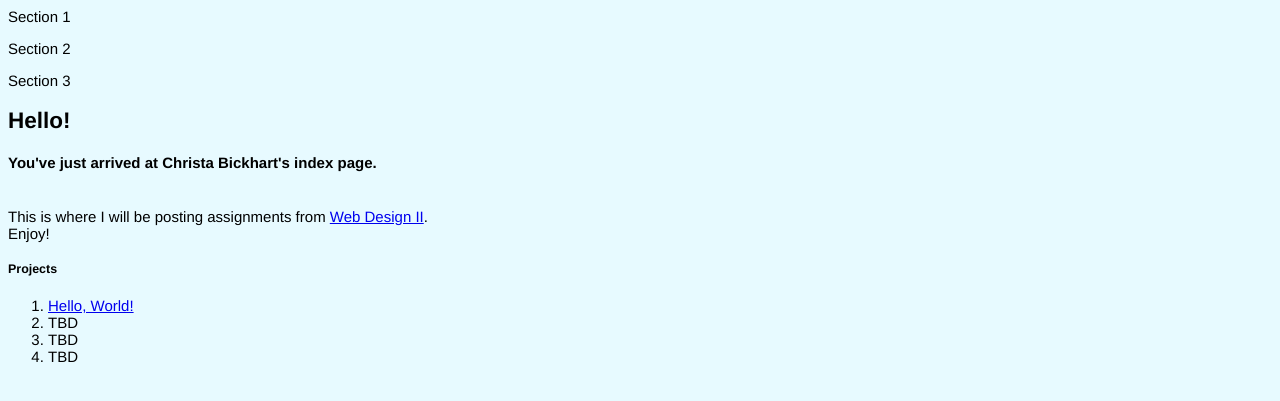
Repository: cbickhar/cbickhar.github.io
Page: index.html
The author's editor kept a record of every edit. The page is drawn from the files as they stood at one moment, then again after the next edit.
The browser window is 1280 px wide. The pictures show the whole page.

Above is the page before.

After the next edit:
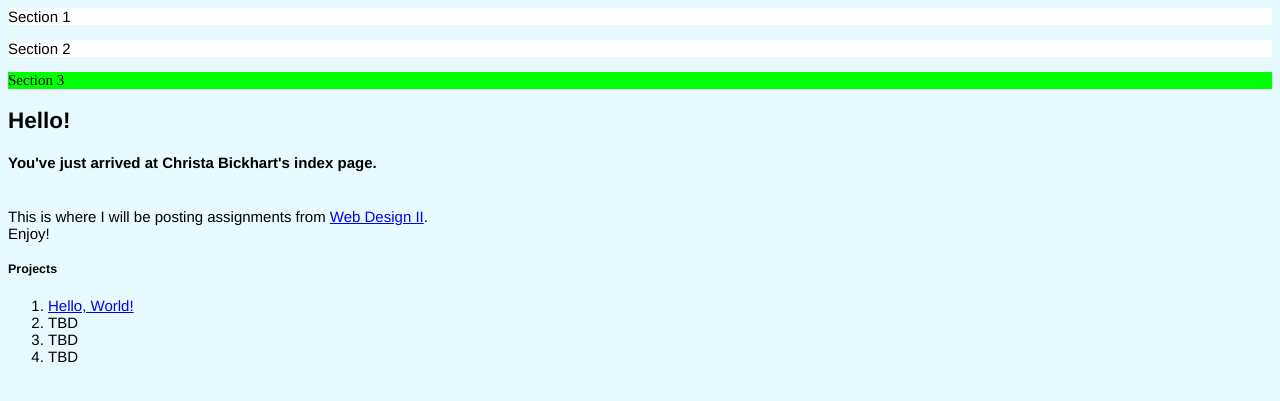
The edit:
--- a/css/styles.css
+++ b/css/styles.css
@@ -4,3 +4,12 @@
     font-family: helvetica, arial, sans-serif;
     color: black;
 }
+
+div {
+    background-color: white;
+}
+
+.section3 {
+    background-color: lime;
+    font-family: times;
+}
